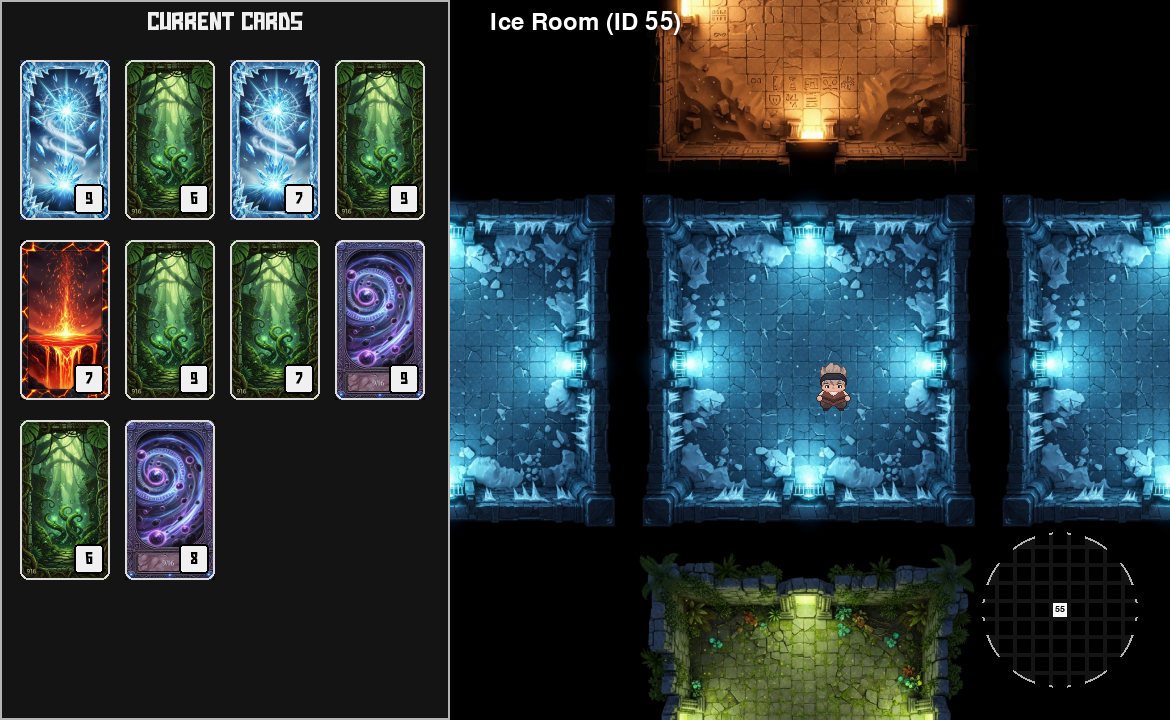
Repository: MehediMim/GateBound
Script's output: python main.py
An editor plug-in stored every save of this project. The script's output is shown before and after the next save, followed by the edit.
The window is shown after at most 60 frames with no key pressed. Random numbers start from a fixed seed. It also reads assets/bg_arcane.png, assets/bg_desert.png, assets/bg_ice.png, assets/bg_jungle.png, assets/bg_volcanic.png, assets/card_arcane.jpeg, assets/card_desert.jpeg, assets/card_ice.jpeg, assets/card_jungle.jpeg, assets/card_volcanic.jpeg, assets/player_idle.png, assets/player_walk.png and 1 more files.

Above is the script's output before, as saved 2026-01-26 23:52:14.

After the next save:
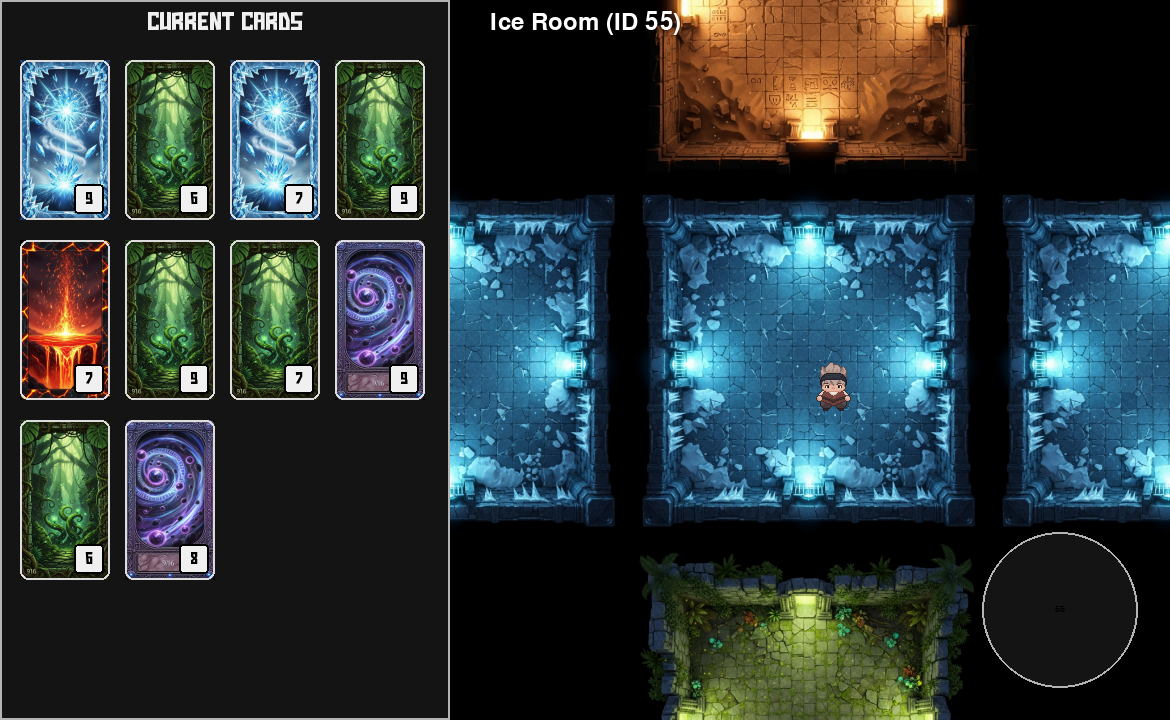
Saved 2 min 44 s later.
--- a/main.py
+++ b/main.py
@@ -709,9 +709,6 @@ def draw_minimap():
             rx = x + node // 2
             ry = y + node // 2
 
-            if (rx - center[0])**2 + (ry - center[1])**2 <= radius_px**2:
-                pygame.draw.rect(screen, color, (x, y, node, node))
-
 
             if rid in visited_rooms:
                 if (rx - center[0])**2 + (ry - center[1])**2 <= radius_px**2:
